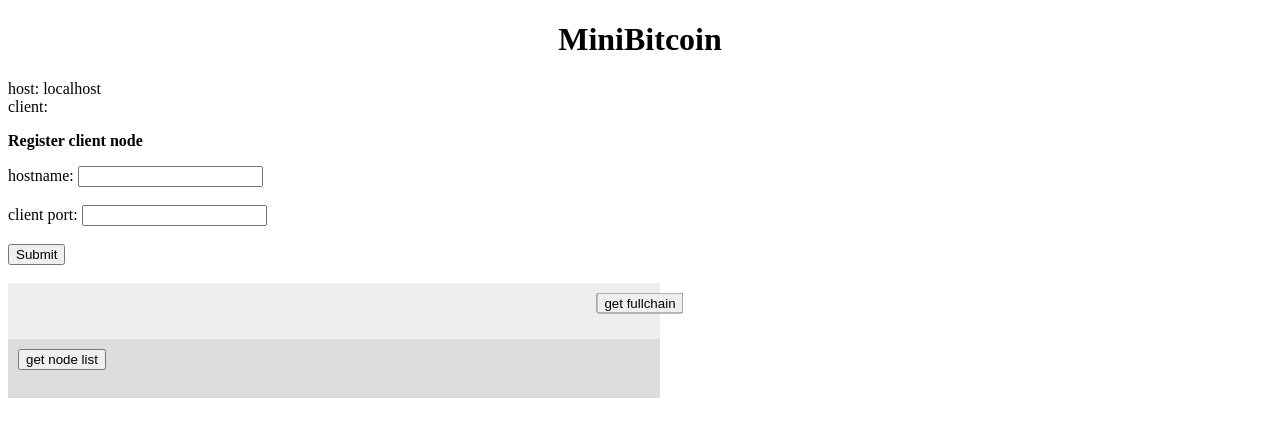
Repository: lam4562311/Minibitcoin
Page: http://localhost/
The author's editor kept a copy of each file at every save. The page is drawn from the files as they stood at one save, then again after the next save.
The browser window is 1280 px wide. The pictures show the whole page.
Some web libraries are served in a nearby version. The page is served by the project's application, run on Flask 3 (bitcoin-5003.py).

Above is the page before, as saved 2022-04-09 17:02:36.

After the next save:
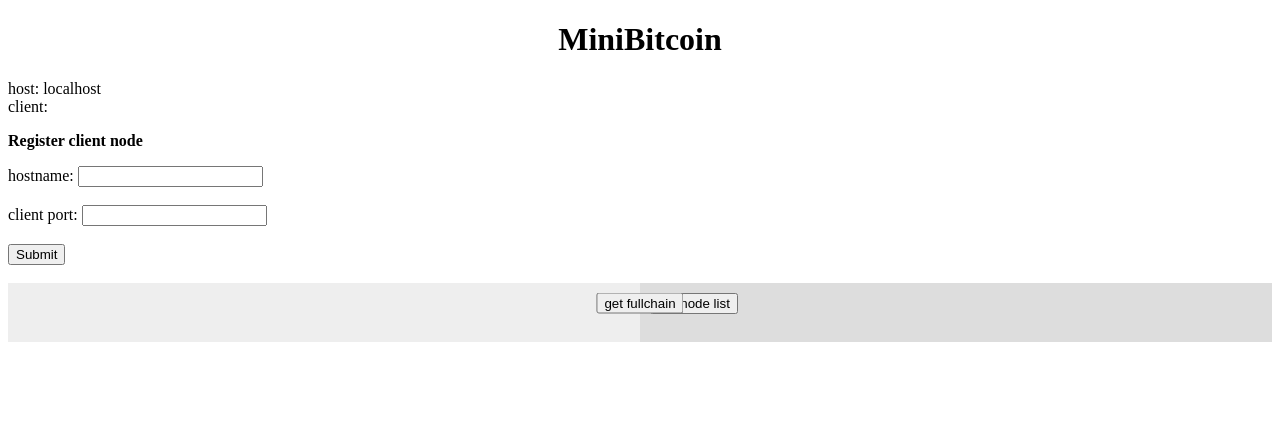
Saved 91 s later.
--- a/templates/homepage.html
+++ b/templates/homepage.html
@@ -12,16 +12,13 @@
 
         /* Create two equal columns that floats next to each other */
         .column {
-        float: left;
-        width: 50%;
-        padding: 10px;
+            flex: 50%;
+            padding: 10px;
         }
 
         /* Clear floats after the columns */
-        .row:after {
-        content: "";
-        display: table;
-        clear: both;
+        .row {
+            display: flex;
         </style>
 </head>
     <body>
